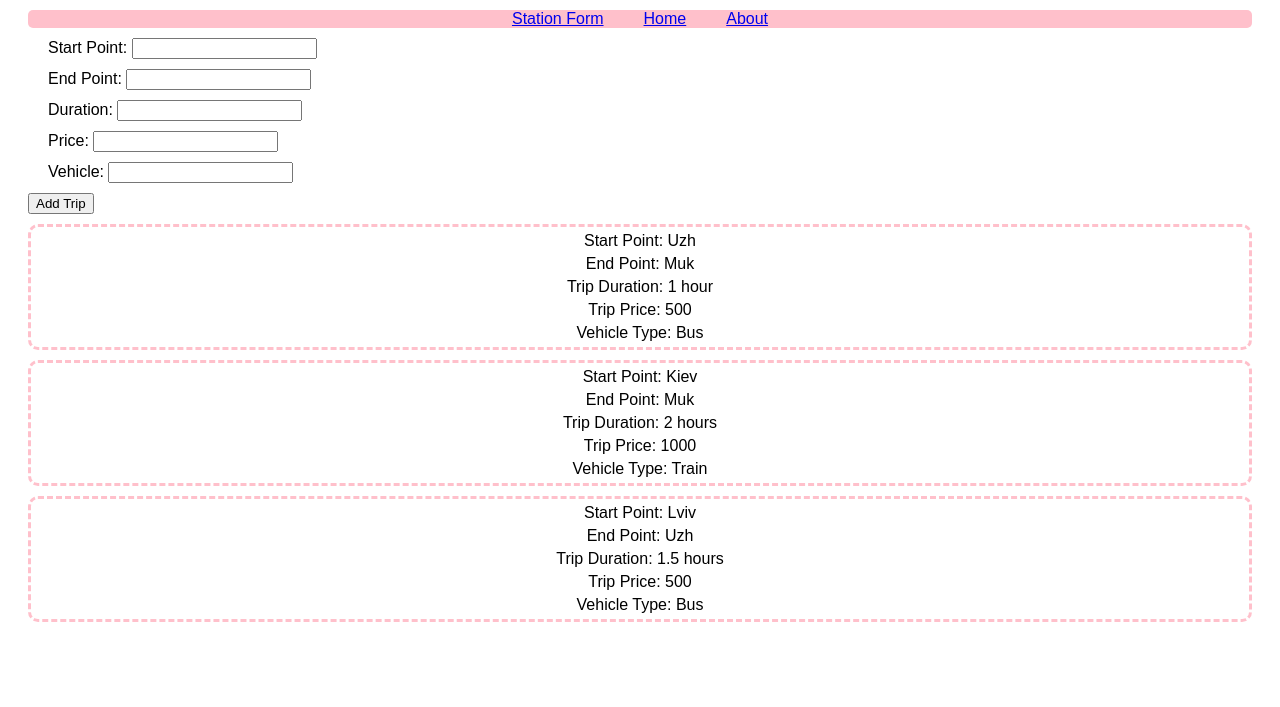
Repository: rutsguifd/mkr2
Page: /#/station-form
These files come from the project's save history. The page is drawn as it stood at one moment and after the next save; the edit follows.
The browser window is 1280 px wide. The pictures show the whole page.
The project was rebuilt for these pictures with package versions that can differ from the ones it lists, and the page was loaded fresh each time. Also part of the build but not shown: src/views/Home.vue, src/views/About.vue.

Above is the page before, as saved 2021-12-21 20:32:26.

After the next save:
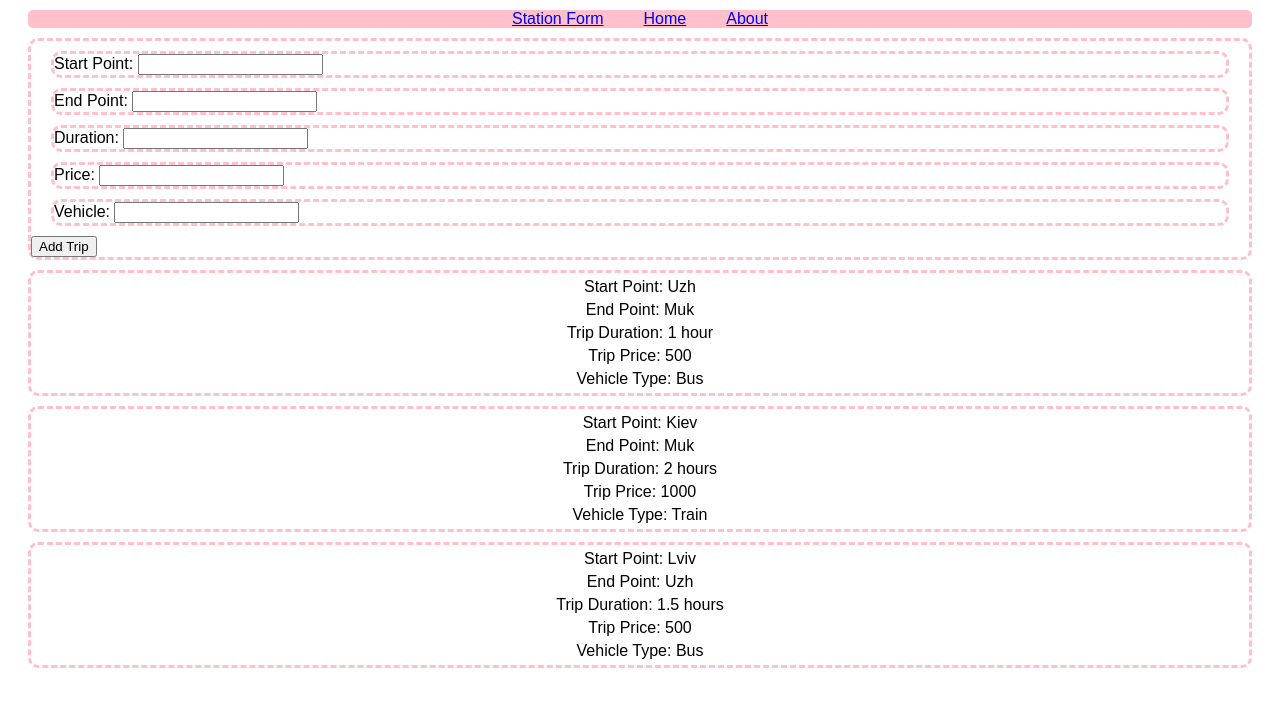
Saved 33 s later.
--- a/src/components/AddTrip.vue
+++ b/src/components/AddTrip.vue
@@ -69,6 +69,8 @@ import { mapMutations } from 'vuex'
 
 <style lang="scss" scoped>
 div{
+    border: 3px dashed pink;
+    border-radius: 10px;
     margin: 10px 20px;
 }
 </style>
